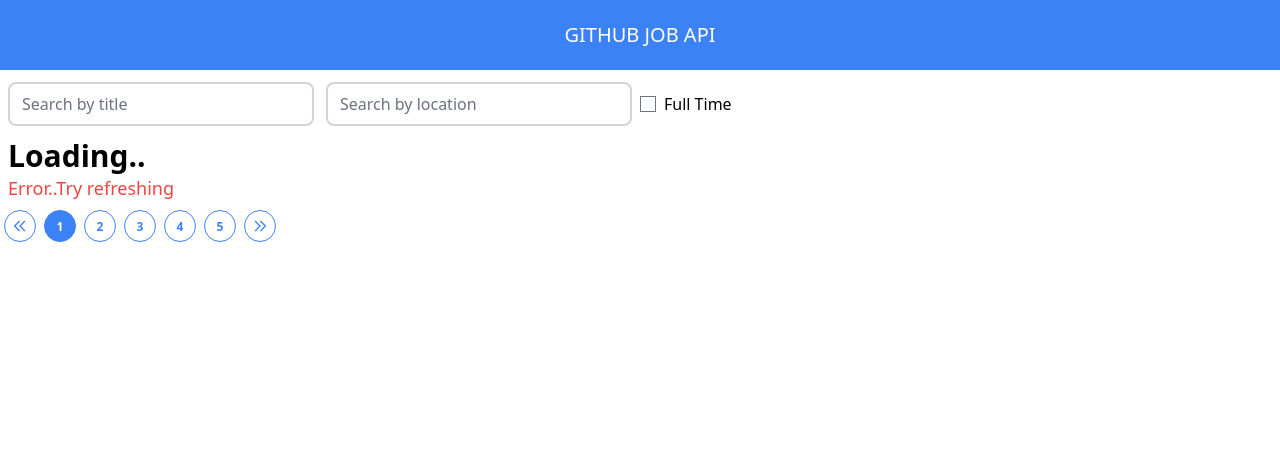
Repository: ShamroOoz/Github-job-api-React-Tailwind
Page: /
An editor plug-in stored every save of this project. The page is shown before and after the next save, followed by the edit.
The browser window is 1280 px wide. The pictures show the whole page.
The page's requests for data from a server got no answer. The project was rebuilt for these pictures with package versions that can differ from the ones it lists, and the page was loaded fresh each time. No one was signed in, and anything a server would have sent is missing. Also part of the build but not shown: craco.config.js, src/components/Reducer/Job.js.

Above is the page before, as saved 2021-03-21 17:39:21.

After the next save:
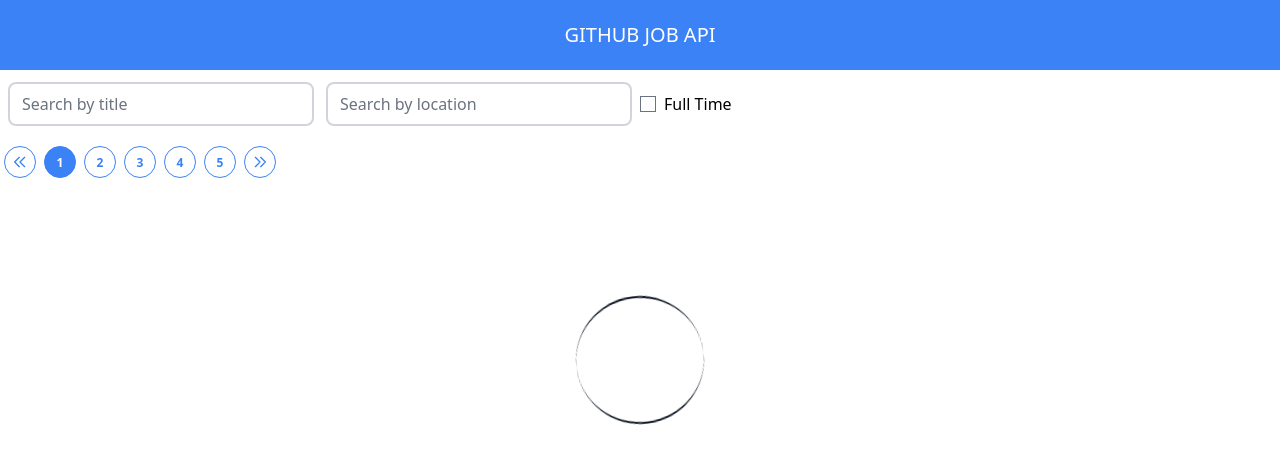
Saved 20 s later.
--- a/src/App.js
+++ b/src/App.js
@@ -4,6 +4,7 @@
 import SearchForm from "./components/SearchForm";
 import Pagination from "./components/Pagination";
 import Job from "./components/Reducer/Job";
+import Spinner from "./components/Spinner";
 
 function App() {
   const [params, setparam] = useState({});
@@ -23,7 +24,7 @@
     <>
       <NavBar />
       <SearchForm handleparamchange={handleparamchange} params={params} />
-      <div className="px-2">
+      {/* <div className="px-2">
         {loading && <div className="text-3xl font-bold">Loading..</div>}
         {error && (
           <div className="text-lg text-red-500">Error..Try refreshing</div>
@@ -36,8 +37,9 @@
               </li>
             ))}
         </div>
-      </div>
+      </div> */}
       {/* <Job /> */}
+      <Spinner />
       <Pagination />
     </>
   );
